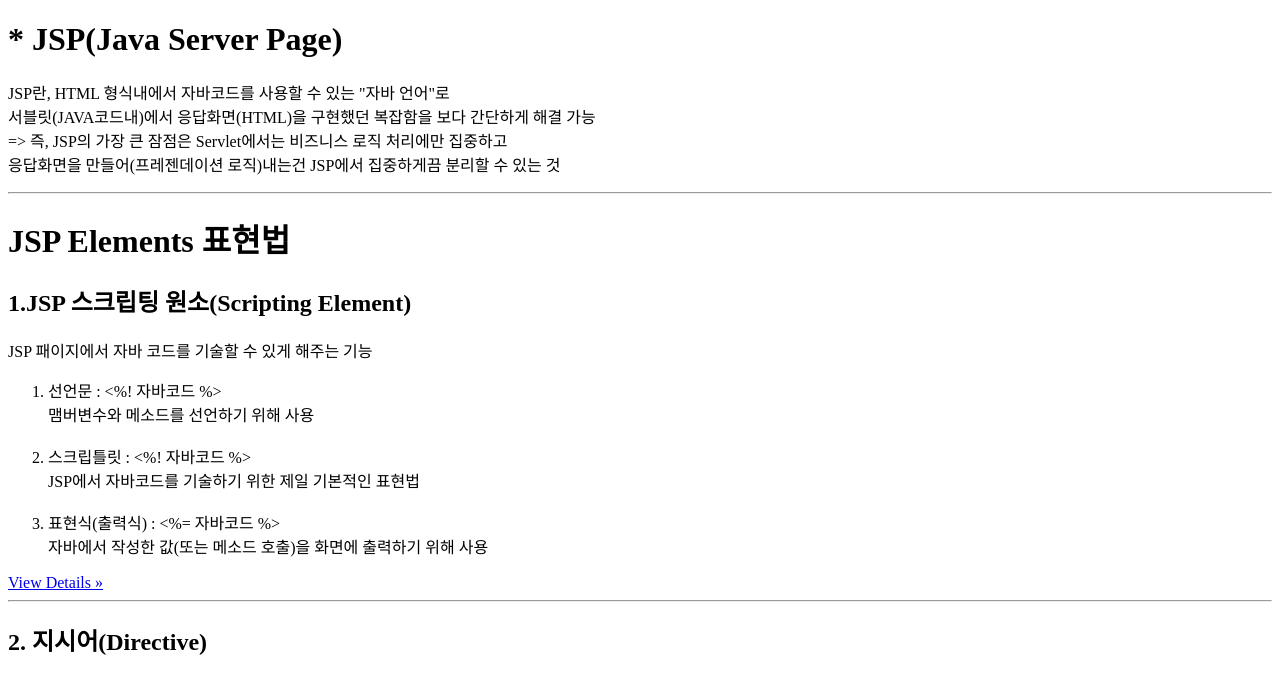
Repository: BrianH29/BH_webserver_workspace1
Page: webserver_workspace1/2_JSP/WebContent/index.html
An editor plug-in stored every save of this project. The page is shown before and after the next save, followed by the edit.
The browser window is 1280 px wide. The pictures show the whole page.

Above is the page before, as saved 2020-08-31 01:48:43.

### webserver_workspace1/2_JSP/WebContent/index.html
<!DOCTYPE html>
<html>
<head>
<meta charset="UTF-8">
<title>Insert title here</title>
</head>
<body>

	<h1>* JSP(Java Server Page)</h1>

	<p>
		JSP란, HTML 형식내에서 자바코드를 사용할 수 있는 "자바 언어"로<br>
		서블릿(JAVA코드내)에서 응답화면(HTML)을 구현했던 복잡함을 보다 간단하게 해결 가능 <br>
		=> 즉, JSP의 가장 큰 잠점은 Servlet에서는 비즈니스 로직 처리에만 집중하고 <br>
			응답화면을 만들어(프레젠데이션 로직)내는건 JSP에서 집중하게끔 분리할 수 있는 것
	</p>

	<hr>

	<h1>JSP Elements 표현법</h1>

	<h2>1.JSP 스크립팅 원소(Scripting Element)</h2>
	<p>JSP 패이지에서 자바 코드를 기술할 수 있게 해주는 기능</p>

	<ol>
		<li>
			선언문 : &lt;%! 자바코드 %&gt;<br>
			맴버변수와 메소드를 선언하기 위해 사용<br><br>
		</li>
		<li>
			스크립틀릿 : &lt;%! 자바코드 %&gt;<br>
			JSP에서 자바코드를 기술하기 위한 제일 기본적인 표현법 <br><br>
		</li>
		<li>
			표현식(출력식) : &lt;%= 자바코드 %&gt; <br>
			자바에서 작성한 값(또는 메소드 호출)을 화면에 출력하기 위해 사용
		</li>
	</ol>

	<a href="views/01_ScriptingElement.jsp">View Details &raquo;</a>


	<hr>

	<h2> 2. 지시어(Directive)</h2>



</body>
</html>

After the next save:
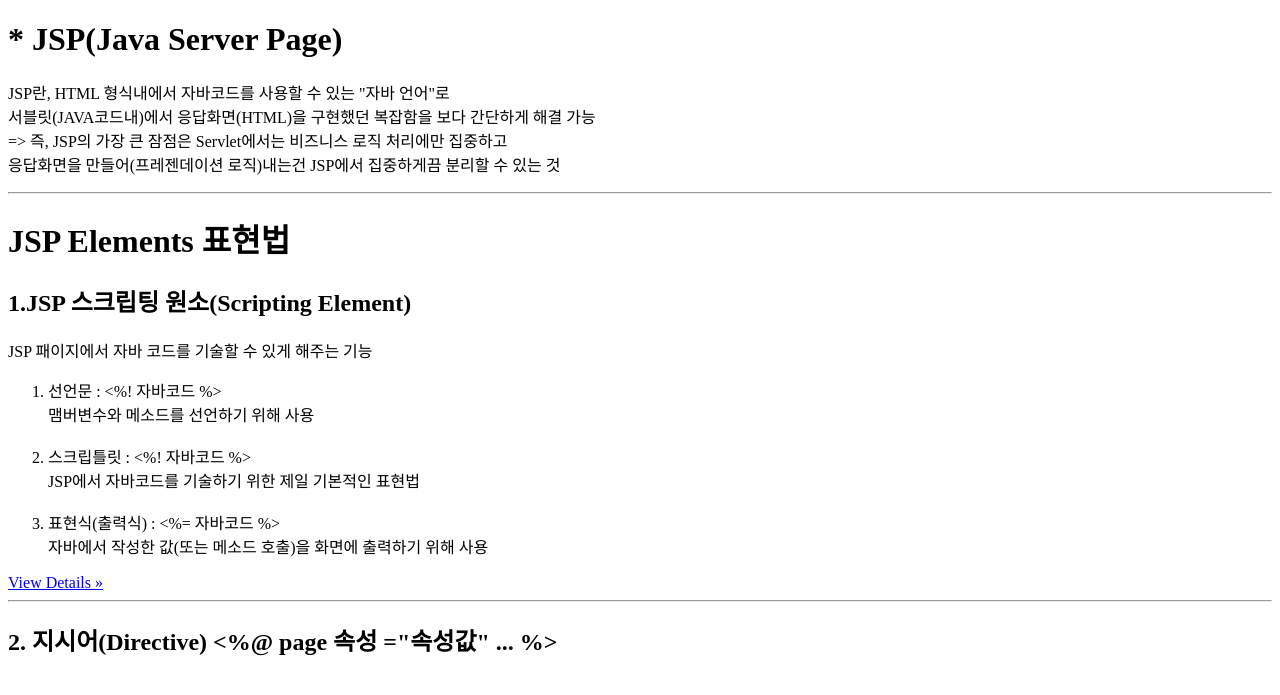
Saved 16 min 0 s later.
--- a/webserver_workspace1/2_JSP/WebContent/index.html
+++ b/webserver_workspace1/2_JSP/WebContent/index.html
@@ -42,7 +42,7 @@
 
 	<hr>
 
-	<h2> 2. 지시어(Directive)</h2>
+	<h2> 2. 지시어(Directive) &lt;%@ page 속성 ="속성값" ... %&gt;</h2>
 
 
 
